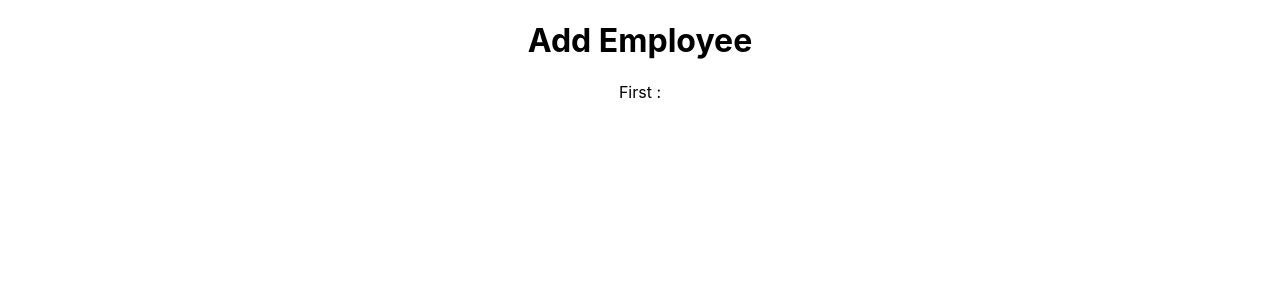
Repository: Biniyamkb/Evangadi-forum
Page: /addemployee (app in demoapp/frontend/)
The author's editor kept a copy of each file at every save. The page is drawn from the files as they stood at one save, then again after the next save.
The browser window is 1280 px wide. The pictures show the whole page.
The project was rebuilt for these pictures with package versions that can differ from the ones it lists, and the page was loaded fresh each time. Also part of the build but not shown: demoapp/frontend/src/Pages/Home.js, demoapp/frontend/src/Pages/Login.js.

Above is the page before, as saved 2025-05-04 22:01:17.

After the next save:
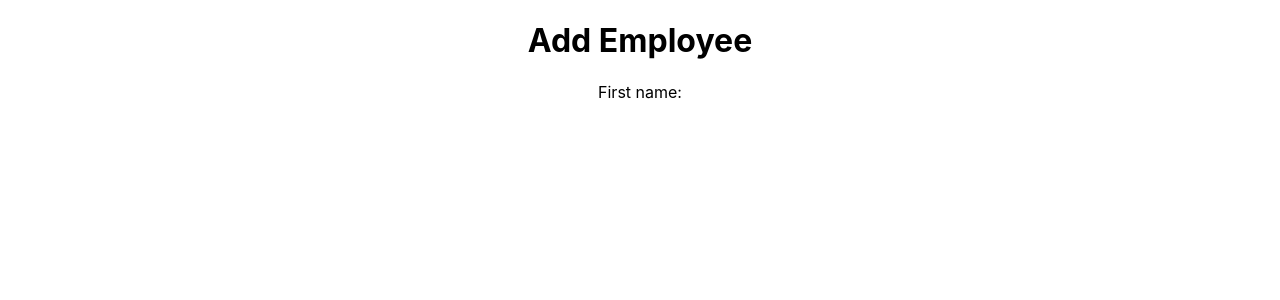
Saved 4 s later.
--- a/demoapp/frontend/src/Pages/AddEmployee.js
+++ b/demoapp/frontend/src/Pages/AddEmployee.js
@@ -5,7 +5,7 @@ function AddEmployee() {
     <div>
     < h1>Add Employee</h1>
     <form>
-        <label htmlFor="fname">First :</label><br/>
+        <label htmlFor="fname">First name:</label><br/>
     </form>
     </div>
   )
